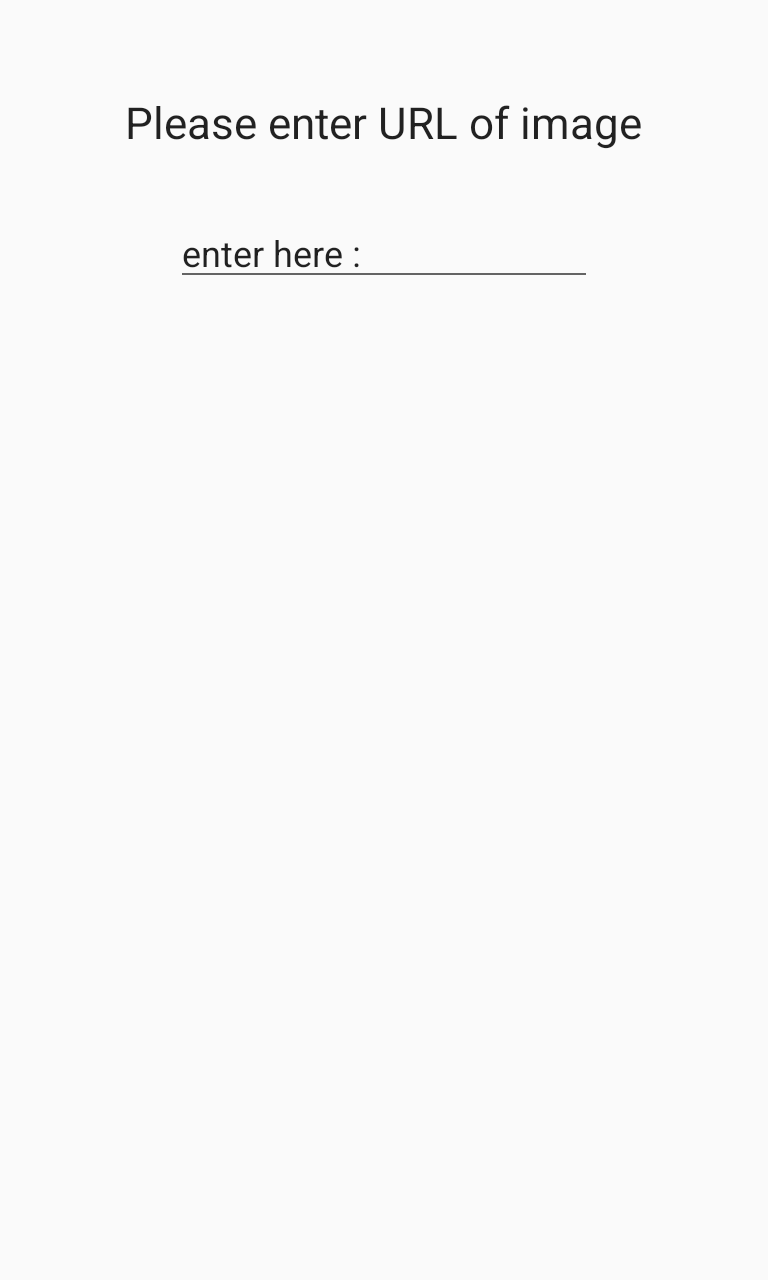
Repository: kavo555/Android-Development-for-College
Layout: ImageRetrieval/res/layout/activity_main.xml
An editor plug-in stored every save of this project. The layout is shown before and after the next save, followed by the edit.
It is drawn on a 768 x 1280 px phone screen (xhdpi) without system bars, with theme AppTheme; the app's code is not run.

Above is the layout before, as saved 2014-11-02 23:01:30.

### ImageRetrieval/res/layout/activity_main.xml
<RelativeLayout xmlns:android="http://schemas.android.com/apk/res/android"
    xmlns:tools="http://schemas.android.com/tools"
    android:layout_width="match_parent"
    android:layout_height="match_parent"
    android:paddingBottom="@dimen/activity_vertical_margin"
    android:paddingLeft="@dimen/activity_horizontal_margin"
    android:paddingRight="@dimen/activity_horizontal_margin"
    android:paddingTop="@dimen/activity_vertical_margin"
    tools:context="com.example.imageretrieval.MainActivity" >

    <EditText
        android:id="@+id/editText1"
        android:layout_width="wrap_content"
        android:layout_height="wrap_content"
        android:layout_alignParentTop="true"
        android:layout_centerHorizontal="true"
        android:layout_marginTop="88dp"
        android:ems="10"
        android:inputType="textMultiLine"
        android:text="enter here :" />

    <TextView
        android:id="@+id/textView1"
        android:layout_width="wrap_content"
        android:layout_height="wrap_content"
        android:layout_alignParentTop="true"
        android:layout_centerHorizontal="true"
        android:layout_marginTop="30dp"
        android:text="Please enter URL of image"
        android:textAppearance="?android:attr/textAppearanceLarge" />

</RelativeLayout>

Loaded but not shown: ImageRetrieval/res/values/styles.xml (common file); ImageRetrieval/res/values-v11/styles.xml (common file); ImageRetrieval/res/values-v14/styles.xml (common file); ImageRetrieval/res/values/dimens.xml (common file); ImageRetrieval/res/values-w820dp/dimens.xml (common file)

After the next save:
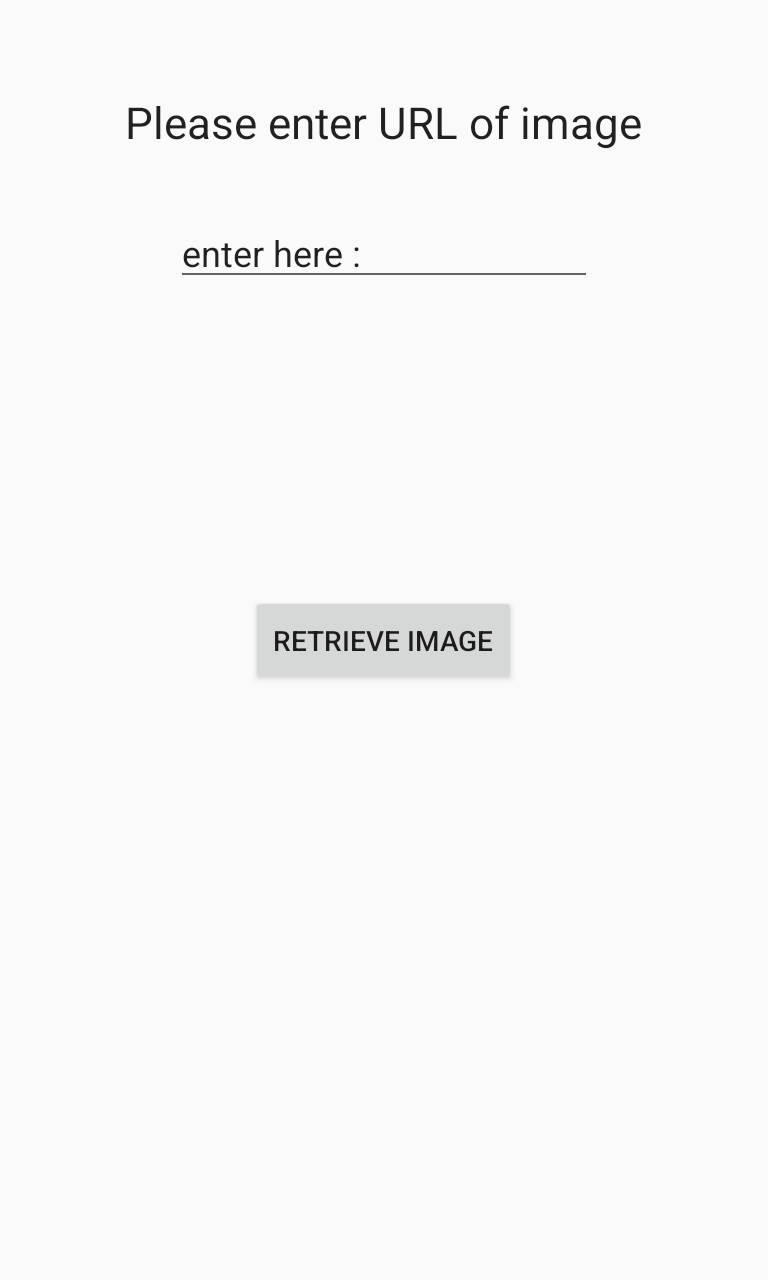
Saved 52 s later.
--- a/ImageRetrieval/res/layout/activity_main.xml
+++ b/ImageRetrieval/res/layout/activity_main.xml
@@ -29,4 +29,12 @@
         android:text="Please enter URL of image"
         android:textAppearance="?android:attr/textAppearanceLarge" />
 
+    <Button
+        android:id="@+id/button1"
+        android:layout_width="wrap_content"
+        android:layout_height="wrap_content"
+        android:layout_centerHorizontal="true"
+        android:layout_centerVertical="true"
+        android:text="Retrieve Image" />
+
 </RelativeLayout>
